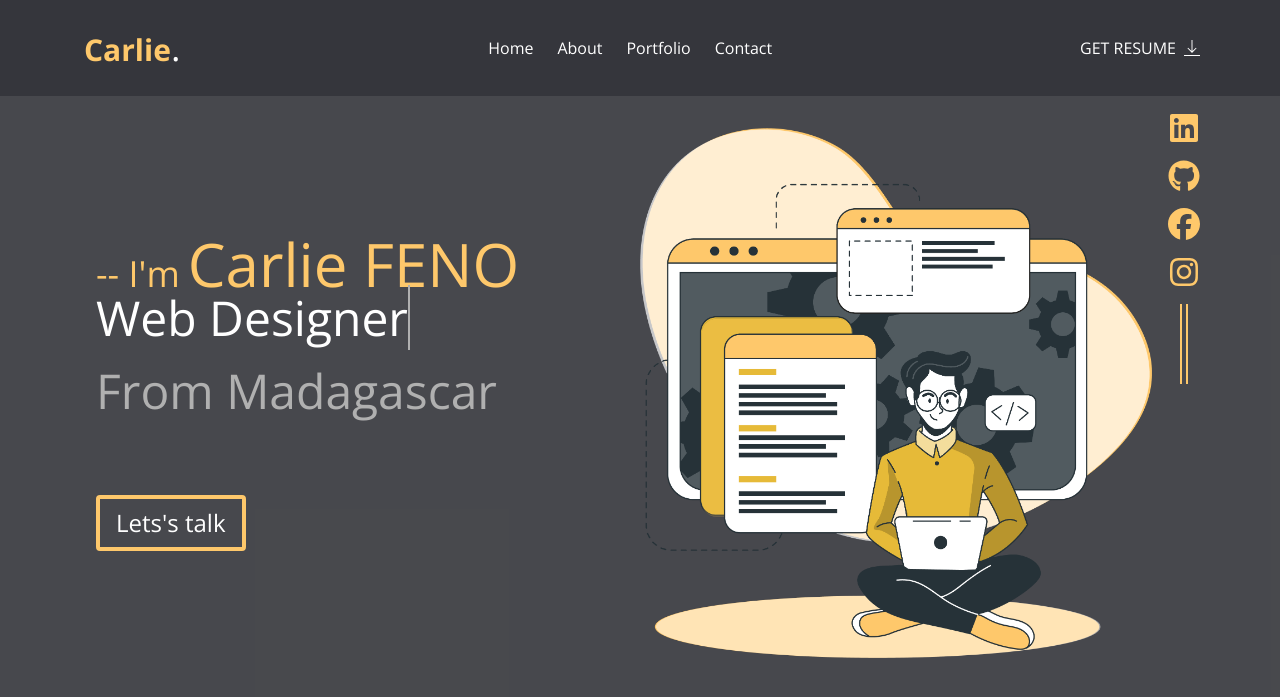
Repository: FenoCarlie/Portfolio
Page: / (app in frontend/)
An editor plug-in stored every save of this project. The page is shown before and after a run of saves, followed by the edit.
The browser window is 1280 px wide. The pictures show the whole page.
The project was rebuilt for these pictures with package versions that can differ from the ones it lists, and the page was loaded fresh each time. Also part of the build but not shown: frontend/vite.config.js, frontend/src/views/notFound/NotFound.jsx. Imported but missing from the stored project, and not drawn on this page: frontend/src/views/about/About, frontend/src/views/contact/Contact, frontend/src/views/portfolio/Portfolio.

Above is the page before, as saved 2024-05-13 02:15:31.

After the next 2 saves:
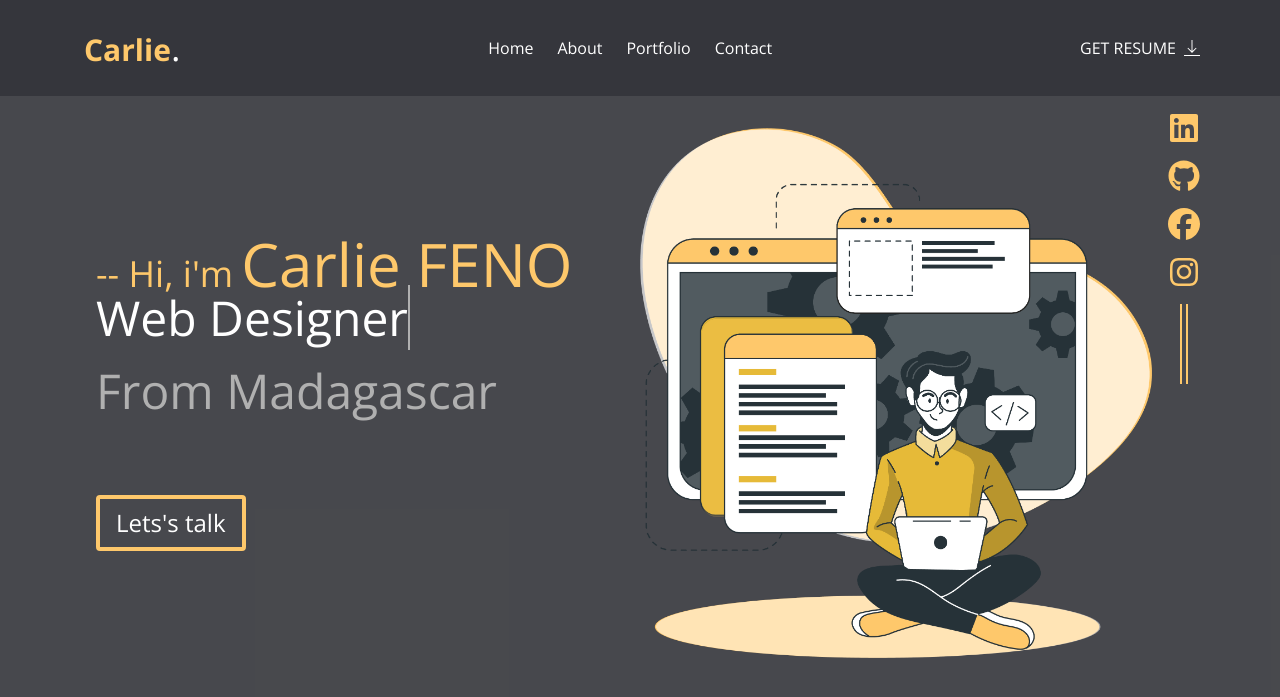
The 2 saves are shown as one change because they came seconds apart.
The last was saved 109 s later.
--- a/frontend/src/views/frontend/home/home.jsx
+++ b/frontend/src/views/frontend/home/home.jsx
@@ -80,7 +80,7 @@ function Home() {
           <TrackVisibility className="w-full">
             <div className={"w-full"}>
               <span className="text-yellowClaire flex items-end">
-                <h3 className="mr-2 text-xl lg:text-4xl">-- I'm</h3>
+                <h3 className="mr-2 text-xl lg:text-4xl">-- Hi, i'm</h3>
                 <h1 className="text-4xl lg:text-6xl">Carlie FENO</h1>
               </span>
               <h1>
